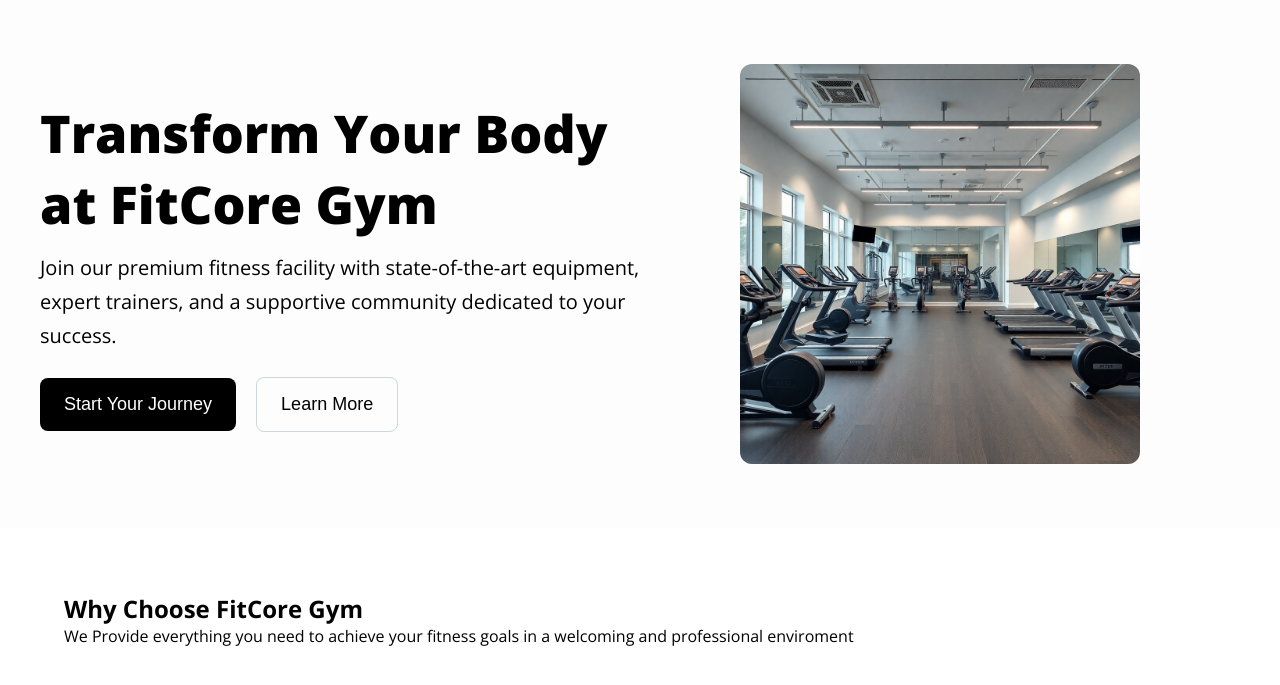
Repository: abdobadawi-ops/Route-Academy-Assignments
Page: Secon Assignment - fit-core-gym/index.html
The author's editor kept a copy of each file at every save. The page is drawn from the files as they stood at one save, then again after the next save.
The browser window is 1280 px wide. The pictures show the whole page.

Above is the page before, as saved 2026-04-28 12:38:39.

After the next save:
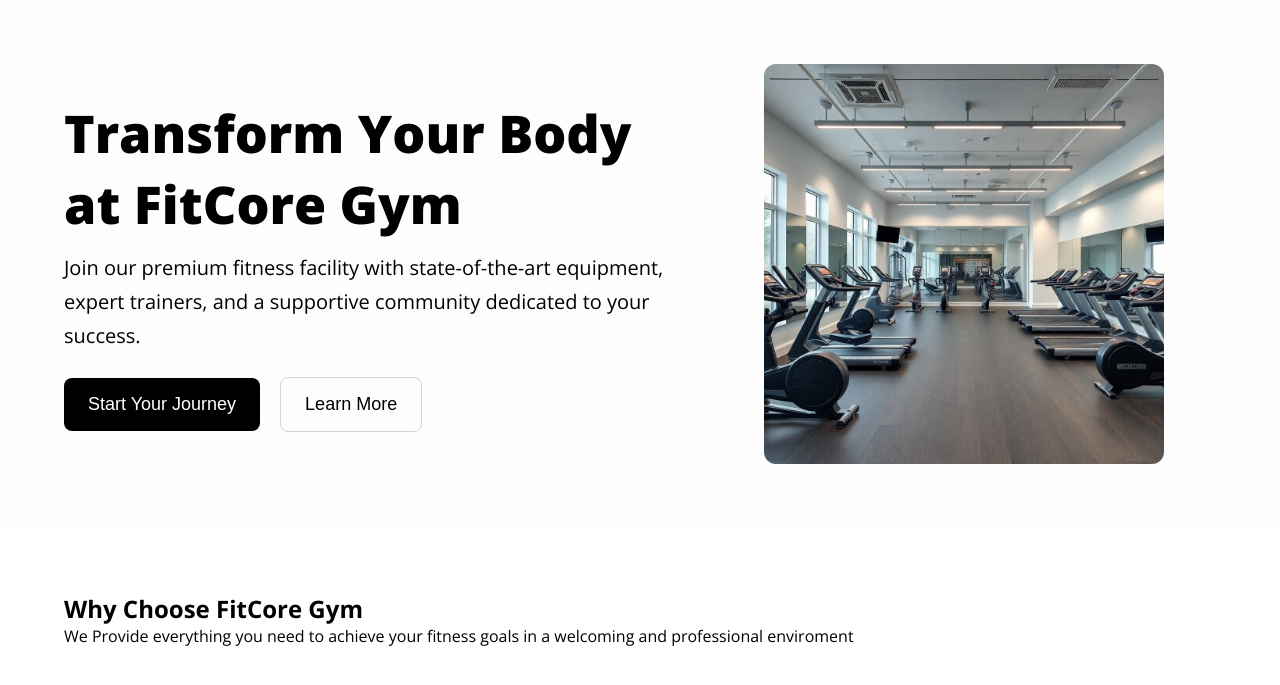
Saved 20 s later.
--- a/Secon Assignment - fit-core-gym/style.css
+++ b/Secon Assignment - fit-core-gym/style.css
@@ -20,7 +20,7 @@ body {
 
 header {
   background-color: #fdfdfe;
-  padding-block: 64px;
+  padding: 64px;
   & h1 {
     font-size: 52px;
     font-weight: 900;
